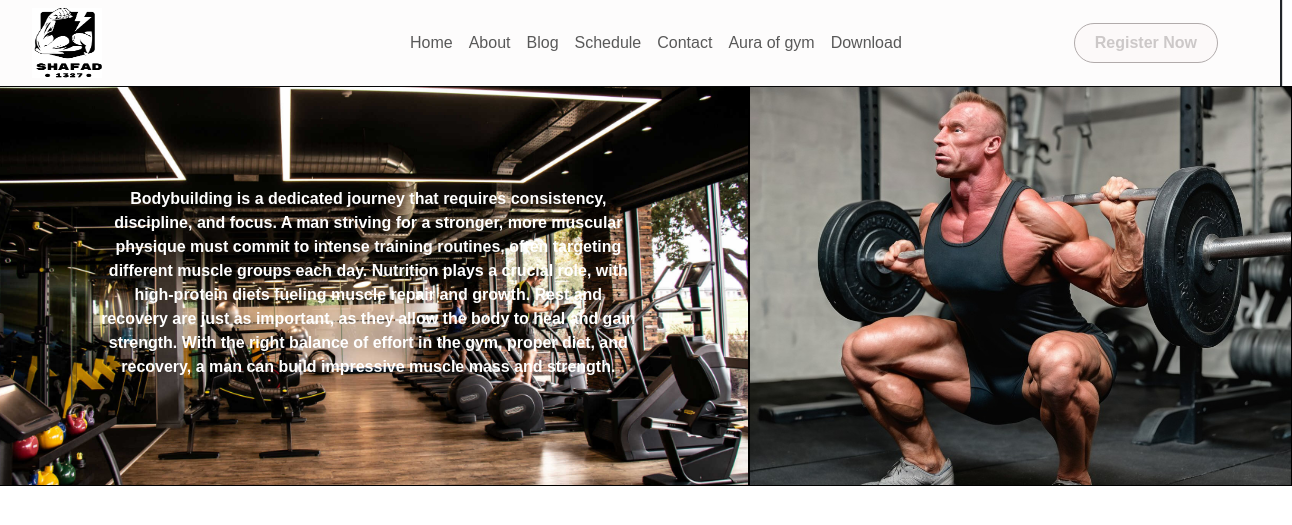
Repository: Daud-shafad/gymwebsite
Page: bootstrap-5.3.3-dist/bootstrap-5.3.3-dist/gym.html
An editor plug-in stored every save of this project. The page is shown before and after the next save, followed by the edit.
The browser window is 1280 px wide. The page is 1292 px wide, so the pictures cover 1292 px, including what lies to the right of the window. The pictures show the whole page.

Above is the page before, as saved 2024-12-28 13:40:42.

### bootstrap-5.3.3-dist/bootstrap-5.3.3-dist/gym.html
<!DOCTYPE html>
<html lang="en">
<head>
    <title>GYM WEBSITE</title>
    <meta charset="UTF-8">
    <meta name="viewport" content="width=device-width, initial-scale=1.0">
    <meta name="author" content="Daud_Shafad">
    <meta name="Description" content="This gym website front-end part">
    <meta name="keyword" content="html, css, bootstrap, front-end, gym, website">
    <link rel="stylesheet" href="gym.css">
    <link rel="stylesheet" href="css/bootstrap.css">


</head>
<body>

    <nav class="navbar navbar-expand-lg" style="background-color: rgb(253, 252, 252); box-shadow: 1px -1px 1px 1px">
        <div class="container-fluid">
          <img src="power.png" style="width: 70px;
          height: 70px; margin-left: 20px;" >
          <button class="navbar-toggler" type="button" data-bs-toggle="collapse" data-bs-target="#navbarSupportedContent" aria-controls="navbarSupportedContent" aria-expanded="false" aria-label="Toggle navigation">
            <span class="navbar-toggler-icon"></span>
          </button>
          <div class="collapse navbar-collapse" id="navbarSupportedContent" style="font-family: sans-serif;">
            <ul class="navbar-nav me-auto mb-2 mb-lg-0" style="margin-left: 300px;">
              <li class="nav-item" >
                <a class="nav-link" aria-current="page" href="#">Home</a>
              </li>
              <li class="nav-item" >
                <a class="nav-link" href="#">About</a>
              </li>
              <li class="nav-item">
                <a class="nav-link" href="#">Blog</a>
              </li>
              <li class="nav-item">
                <a class="nav-link" aria-disabled="false">Schedule</a>
              </li>
              <li class="nav-item">
                <a class="nav-link" aria-disabled="false">Contact</a>
              </li>
              <li class="nav-item">
                <a class="nav-link" aria-disabled="false">Aura of gym</a>
              </li>
              <li class="nav-item">
                <a class="nav-link" aria-disabled="false">Download</a>
              </li>
              </ul>
           <button class="btn-register">
            Register Now
           </button>
          </div>
        </div>
      </nav>

      <div class="row">
        <div class="col-7">
          <p class="p-man-bodybuilding">Bodybuilding is a dedicated journey that requires consistency, discipline, and focus. A man striving for a stronger, more muscular physique must commit to intense training routines, often targeting different muscle groups each day. Nutrition plays a crucial role, with high-protein diets fueling muscle repair and growth. Rest and recovery are just as important, as they allow the body to heal and gain strength. With the right balance of effort in the gym, proper diet, and recovery, a man can build impressive muscle mass and strength.</p>
        </div>
        <div class="col-5">

        </div>
      </div>





    <script src="js/bootstrap.js"></script>


</body>
</html>

### bootstrap-5.3.3-dist/bootstrap-5.3.3-dist/gym.css
*{
    margin:0;
    padding: 0;
}

.btn-register{
    background-color: rgb(252, 249, 249);
    padding: 7px 20px 7px 20px;
    border: 1px solid rgb(177, 171, 171);
    cursor: pointer;
    border-radius: 25px;
    margin-right: 50px;
    font-family: sans-serif;
    font-size: 16px;
    font-weight: 600;
    color: rgb(204, 200, 200);
    text-transform: capitalize;
    transition: all 2s;
}

.btn-register:hover{
   background-color: rgb(177, 171, 171);
   color: rgb(252, 249, 249);
   border: rgb(252, 249, 249);
   letter-spacing: 2px;
   box-shadow: 2px 1px 2px 2px;

}

#navbarSupportedContent:hover{
    letter-spacing: 1px;
    color: black;
    cursor: pointer;
    transition: all 2s;
}

.row .col-7{

    background: url(Gym5.jpg);
    background-position: center;
    background-size: cover;
    background-repeat: no-repeat;
    height: 400px;
    border: 1px solid black;
}

.row .col-7 .p-man-bodybuilding{
    font-family: sans-serif;
    font-size: 16px;
    font-weight: 600;
    text-align: center;
    padding: 100px;
    color: white;
}

.row .col-5{
    background: url(Gym11.jpg);
    background-position: center;
    background-size: cover;
    background-repeat: no-repeat;
    height: 400px;
    border: 1px solid black;

}

.row .col-5 .p-women-bodybuilding{
    font-family: sans-serif;
    font-size: 16px;
    font-weight: 600;
    text-align: center;
    padding: 100px;
    color: white;
}

Loaded but not shown: bootstrap-5.3.3-dist/bootstrap-5.3.3-dist/css/bootstrap.css (library); bootstrap-5.3.3-dist/bootstrap-5.3.3-dist/js/bootstrap.js (library)

After the next save:
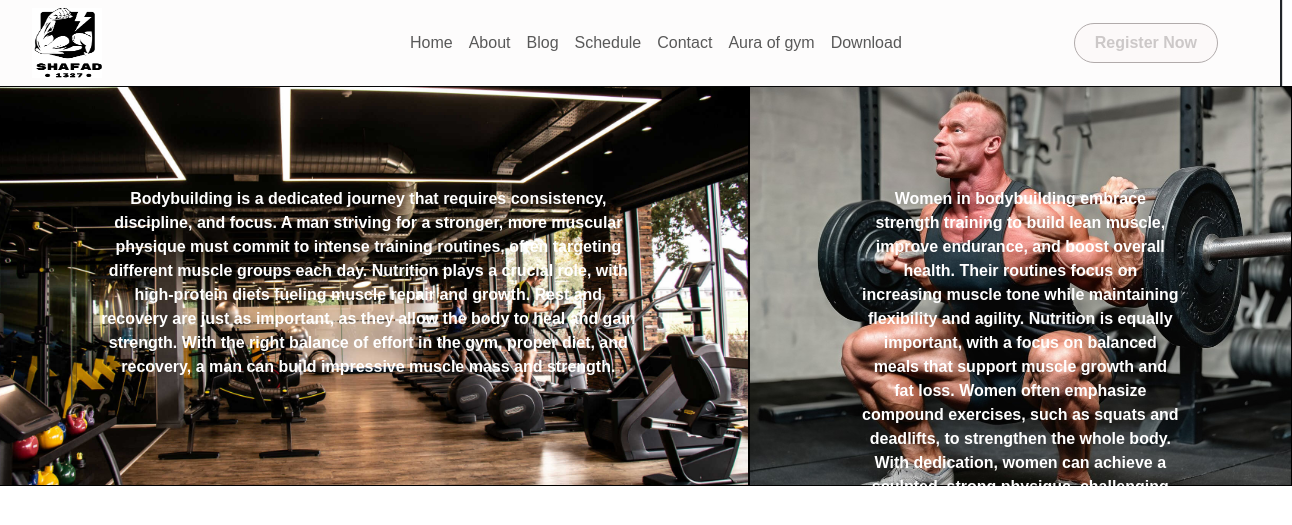
Saved 29 s later.
--- a/bootstrap-5.3.3-dist/bootstrap-5.3.3-dist/gym.html
+++ b/bootstrap-5.3.3-dist/bootstrap-5.3.3-dist/gym.html
@@ -57,7 +57,7 @@
           <p class="p-man-bodybuilding">Bodybuilding is a dedicated journey that requires consistency, discipline, and focus. A man striving for a stronger, more muscular physique must commit to intense training routines, often targeting different muscle groups each day. Nutrition plays a crucial role, with high-protein diets fueling muscle repair and growth. Rest and recovery are just as important, as they allow the body to heal and gain strength. With the right balance of effort in the gym, proper diet, and recovery, a man can build impressive muscle mass and strength.</p>
         </div>
         <div class="col-5">
-
+        <p class="p-women-bodybuilding">Women in bodybuilding embrace strength training to build lean muscle, improve endurance, and boost overall health. Their routines focus on increasing muscle tone while maintaining flexibility and agility. Nutrition is equally important, with a focus on balanced meals that support muscle growth and fat loss. Women often emphasize compound exercises, such as squats and deadlifts, to strengthen the whole body. With dedication, women can achieve a sculpted, strong physique, challenging traditional views of strength and fitness.</p>
         </div>
       </div>
 
